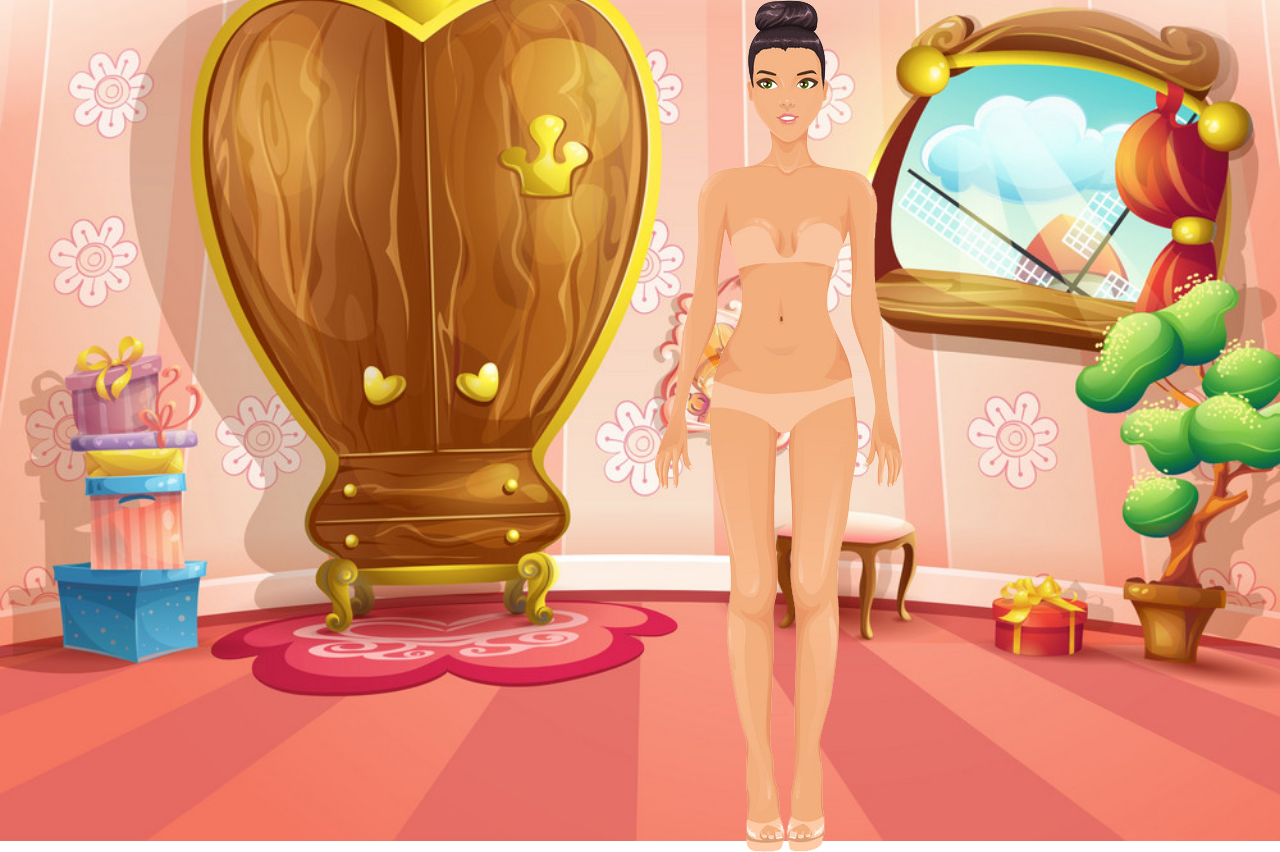
Repository: bunbubam/GameThayDoReactjs_NguyenKhacNghia
Page: /
An editor plug-in stored every save of this project. The page is shown before and after the next save, followed by the edit.
The browser window is 1280 px wide. The pictures show the whole page.
The project was rebuilt for these pictures with package versions that can differ from the ones it lists, and the page was loaded fresh each time.

Above is the page before, as saved 2022-03-30 14:52:54.

### public/index.html
<!doctype html>
<html lang="en">
  <head>
    <title>GameThaydo</title>
    <!-- Required meta tags -->
    <meta charset="utf-8">
    <meta name="viewport" content="width=device-width, initial-scale=1, shrink-to-fit=no">

    <!-- Bootstrap CSS -->
    <link rel="stylesheet" href="https://stackpath.bootstrapcdn.com/bootstrap/4.3.1/css/bootstrap.min.css" integrity="sha384-ggOyR0iXCbMQv3Xipma34MD+dH/1fQ784/j6cY/iJTQUOhcWr7x9JvoRxT2MZw1T" crossorigin="anonymous">
  </head>
  <body>
    <div id="root"></div>
    <!-- Optional JavaScript -->
    <!-- jQuery first, then Popper.js, then Bootstrap JS -->
    <script src="https://code.jquery.com/jquery-3.3.1.slim.min.js" integrity="sha384-q8i/X+965DzO0rT7abK41JStQIAqVgRVzpbzo5smXKp4YfRvH+8abtTE1Pi6jizo" crossorigin="anonymous"></script>
    <script src="https://cdnjs.cloudflare.com/ajax/libs/popper.js/1.14.7/umd/popper.min.js" integrity="sha384-UO2eT0CpHqdSJQ6hJty5KVphtPhzWj9WO1clHTMGa3JDZwrnQq4sF86dIHNDz0W1" crossorigin="anonymous"></script>
    <script src="https://stackpath.bootstrapcdn.com/bootstrap/4.3.1/js/bootstrap.min.js" integrity="sha384-JjSmVgyd0p3pXB1rRibZUAYoIIy6OrQ6VrjIEaFf/nJGzIxFDsf4x0xIM+B07jRM" crossorigin="anonymous"></script>
  </body>
</html>

### src/App.js
import logo from './logo.svg';
import './App.css';
import Dress from './gamethaydo/dress';

function App() {
  return (
    <Dress></Dress>
  );
}

export default App;

### src/App.css
body {
    background: url(gamethaydo/images/dress-room.jpg) no-repeat;
    background-position: 50% 53%;
    background-size: cover;
}
.dress-main .row {height: 100vh;}

### src/gamethaydo/dress.js
import React, {Component} from 'react';
import Girl from './images/girl.png';

class Dress extends Component {
    state = {
        girl : Girl
    }
    render() {
        return(
            <div className='container-fluid'>
                <div className='dress-main'>
                    <div className='row'>
                        <div className='col-12 col-xl-6'>

                        </div>
                        <div className='col-12 col-xl-6 block-right position-relative'>
                            <div className='girl'>
                                <img src={this.state.girl}/>
                            </div>
                        </div>
                    </div>
                </div>
            </div>
        )
    };
}
export default Dress;

Loaded but not shown: src/index.js (common file); src/index.css (common file); src/reportWebVitals.js (common file)

After the next save:
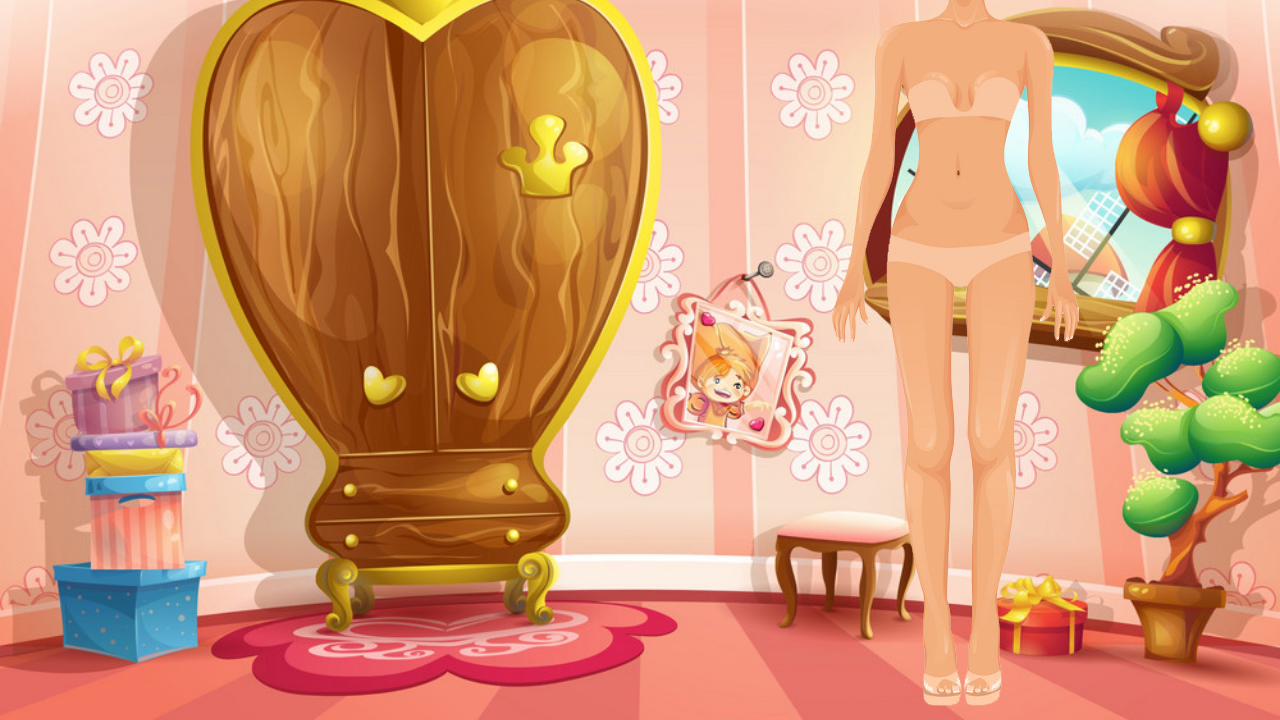
Saved 35 s later.
--- a/src/App.css
+++ b/src/App.css
@@ -4,3 +4,8 @@ body {
     background-size: cover;
 }
 .dress-main .row {height: 100vh;}
+.girl {
+    position: absolute;
+    bottom: 2%;
+    left: 30%;
+}
